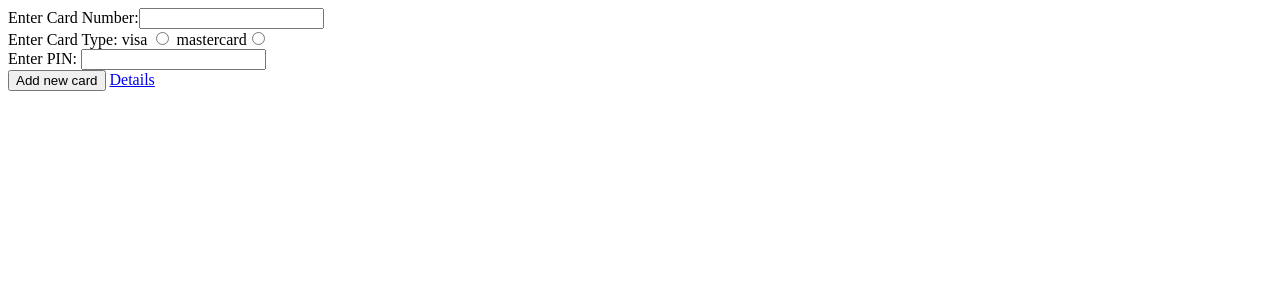
Repository: kiiigaaa/User_Profile
Page: http://localhost/GroceryOrdering/insertPay.jsp
These files come from the project's save history. The page is drawn as it stood at one moment and after the next save; the edit follows.
The browser window is 1280 px wide. The pictures show the whole page.
The page is served by Tomcat 9. Other server files are loaded and not shown.

Above is the page before, as saved 2022-11-13 08:55:22.

### GroceryOrdering/src/main/webapp/insertPay.jsp
<%@ page language="java" contentType="text/html; charset=ISO-8859-1"
    pageEncoding="ISO-8859-1"%>
<!DOCTYPE html>
<html>
<head>
<meta charset="ISO-8859-1">
<title>Insert title here</title>
</head>
<body>
	<div class="info">
	<form action="insert" method="post">

		Enter Card Number:<input type="text" name="cardNo"> <br>
		Enter Card Type: <lable>visa </lable><input type="radio" id="visa" name="ctype" value="visa" >
						 <label>mastercard</label><input type="radio" id="mastercard" name="ctype" value="mastercard"><br>
		Enter PIN: <input type="text" name="pin"><br>

		<input type="submit" name="submit" value="Add new card">

		<a href="payMethodDetails.jsp">Details</a>


	</form>
	</div>
</body>
</html>

### GroceryOrdering/src/main/webapp/css/profile.css
@charset "ISO-8859-1";

*{
   margin: 0;
   padding: 0;
   box-sizing: border-box;
}

body{
   background-color: #F0FFFF;

}

.navsection{
   min-height: 100px;
}

header{
     height: 100px;
     background:#006400;
     width: 100%;
     z-index: 12;
     position: fixed;

 }

.logo img{
   width: 70px;
   height: 70px;
   position: absolute;
   top: 10px;
   left: 40px;
 }

 .wrapper{
   width: 1170px;
   margin: 0 auto;
}

nav{
   float: right;
   line-height: 100px;

}
nav a {
   text-decoration:none;
   font-size:14px;
   color:#fff;
   font-family:sans-serif;
   letter-spacing: 1px;
   margin: 0 10px;
   padding: 7px 7px;
   border-radius: 3px;
   transition: 0.4s ease-in-out;

}
nav a:hover{
   background: #8FBC8F;

}

.home{
   height: 50px;
   width: 100%;
}

table {
  border-collapse: collapse;
  width: 100%;
}

th, td {

  padding: 10px;
  text-align: left;
  border-bottom: 1px solid #ddd;
}

.info{
	top:10px;
	margin:50px;
	font-family:sans-serif;
	font-size:23px
}

.up-btn{
    height: 50px;
    width: 150px;
    background: #006400;
    color:#fff;
    border: none;
    padding-left:25px;
    margin-left:500px;
    border-radius: 6px 6px 6px 6px;
    transition: 0.2s ease-in-out;
}

.up-btn:hover{
    border: 2px solid #00CED1;
    background-color: #8FBC8F;
    color: black;
}

.pay-btn{
    height: 50px;
    width: 150px;
    background: #8FBC8F;
    border: none;
    margin-left:100px;
    border-radius: 6px 6px 6px 6px;
    transition: 0.2s ease-in-out;
}

.pay-btn:hover{
    border: 2px solid #00CED1;
    background-color: #006400;
    color: #FFFAF0;
}

.info input[type=text],input[type=email] , select{
  width: 50%;
  padding: 12px 20px;
  margin: 8px 0;
  display: inline-block;
  border: 1px solid #ccc;
  border-radius: 4px;
  box-sizing: border-box;
}

.valid input[type=text],input[type=password] , select{

  padding: 12px 20px;
  margin: 8px 0;
  display: inline-block;
  border: 1px solid #ccc;
  border-radius: 4px;
  box-sizing: border-box;
}

.valid{
	margin-left:150px;
	padding-right:20px;

}

.sub{
	height: 50px;
    width: 100px;
    background: #8FBC8F;
    border: none;
    margin-left:100px;
    border-radius: 6px 6px 6px 6px;
    transition: 0.2s ease-in-out;
}

.sub:hover{
	border: 2px solid #00CED1;
    background-color: #006400;
    color: #FFFAF0;
}

After the next save:
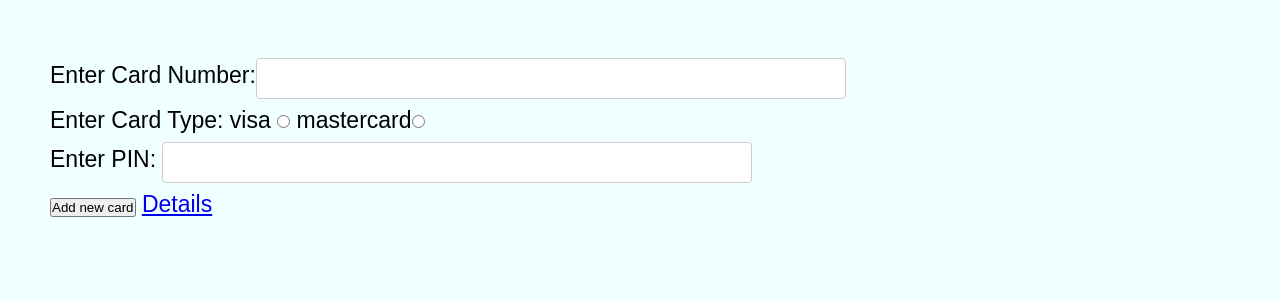
Saved 36 s later.
--- a/GroceryOrdering/src/main/webapp/insertPay.jsp
+++ b/GroceryOrdering/src/main/webapp/insertPay.jsp
@@ -4,7 +4,9 @@
 <html>
 <head>
 <meta charset="ISO-8859-1">
-<title>Insert title here</title>
+<title>Payment Method</title>
+<link rel="stylesheet" type="text/css" href="css/profile.css">
+
 </head>
 <body>
 	<div class="info">
